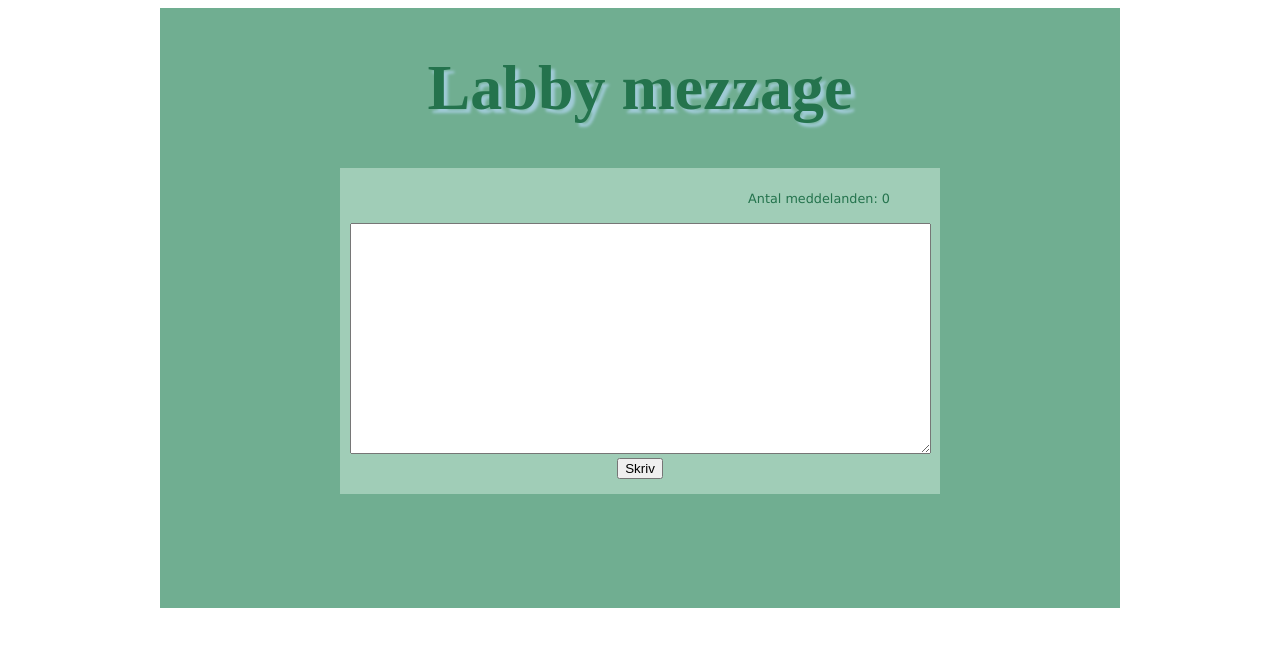
Repository: aa223gg/1dv403-laborationer
Page: 2-labbymezzage/index.html
The author's editor kept a record of every edit. The page is drawn from the files as they stood at one moment, then again after the next edit.
The browser window is 1280 px wide. The pictures show the whole page.
Some web fonts or font styles are not loaded; a fallback is used.

Above is the page before.

After the next edit:
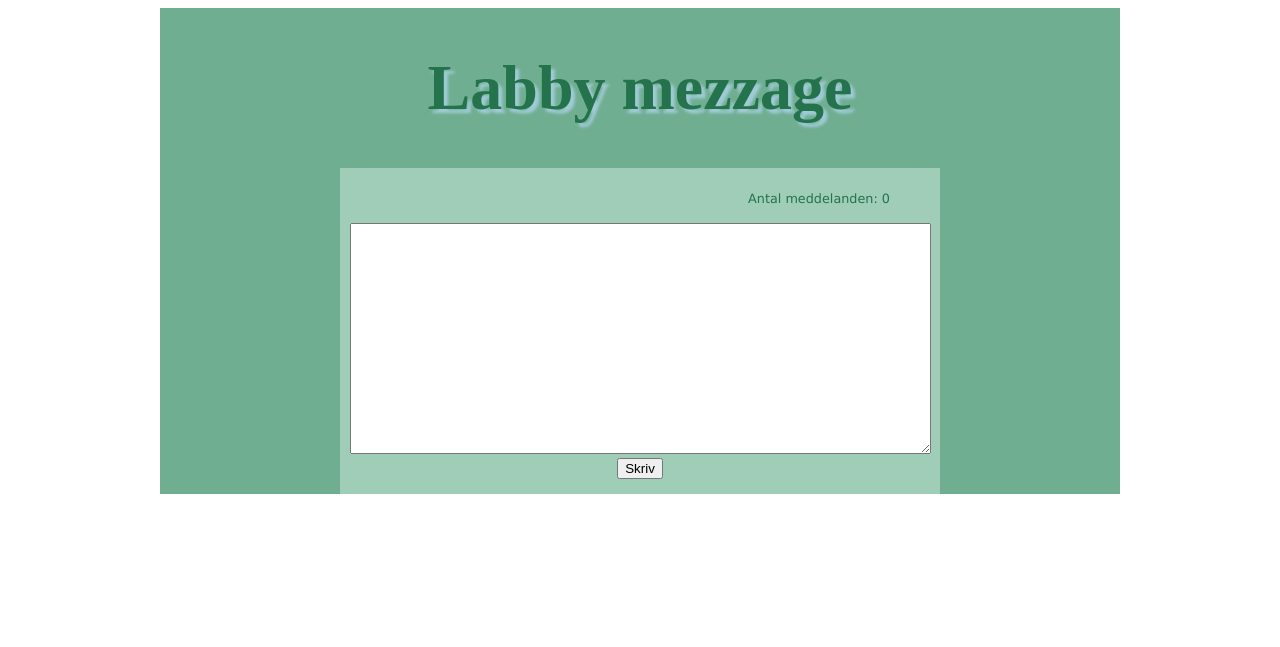
The edit:
--- a/2-labbymezzage/style.css
+++ b/2-labbymezzage/style.css
@@ -1,5 +1,5 @@
 /*Layout*/
-#container {width: 960px; height: 600px; overflow:auto; margin: 0 auto;}
+#container {width: 960px; overflow:auto; margin: 0 auto;}
 #header {text-align: center; font-family: "Fascinate", cursive; font-size: 2em; color: #24734D; text-shadow: 4px 4px 3px #A0CBD7;}
 #content {text-align: center; width: 600px; margin: 0 auto; padding-top: 5px; padding-bottom: 15px; font-family: Verdana; color: #24734D;}
 p {text-align: left; padding: 5px;}
